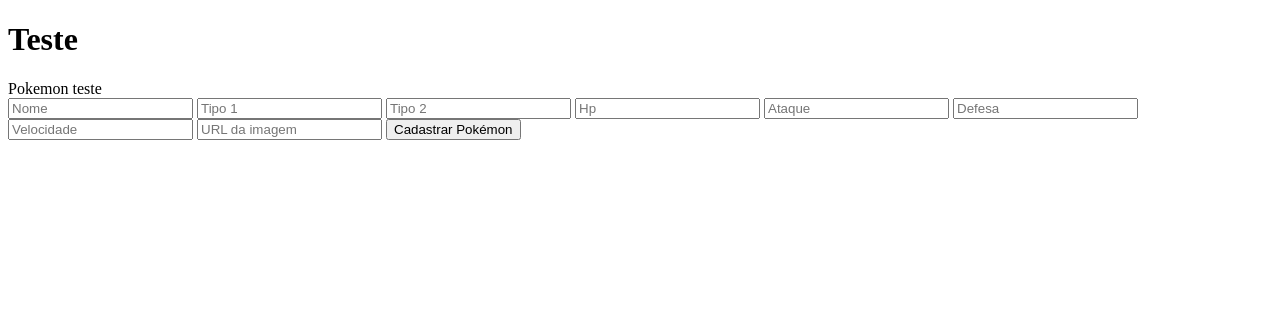
Repository: arthurSchgg/pokedex
Page: front-end/index.html
These files come from the project's save history. The page is drawn as it stood at one moment and after the next save; the edit follows.
The browser window is 1280 px wide. The pictures show the whole page.
The page's requests for data from a server got no answer.

Above is the page before, as saved 2026-10-01 15:56:18.
Console error: TypeError: Cannot read properties of null (reading 'addEventListener')

### front-end/index.html
<!DOCTYPE html>
<html lang="pt-br">

<head>
    <meta charset="UTF-8">
    <meta name="viewport" content="width=device-width, initial-scale=1.0">
    <link rel="stylesheet" href="style.css">
    <title>Pokédex</title>
</head>

<body>

    <h1>Teste</h1>

    <div id="container-pokemon">Pokemon teste</div>

    <form id="pokemon-form">
        <input id="nome" type="text" placeholder="Nome" required>

        <input id="tipo1" type="text" placeholder="Tipo 1" required>

        <input id="tipo2" type="text" placeholder="Tipo 2">

        <input id="hp" type="number" placeholder="Hp" required>

        <input id="ataque" type="number" placeholder="Ataque" required>

        <input id="defesa" type="number" placeholder="Defesa" required>

        <input id="velocidade" type="number" placeholder="Velocidade" required>

        <input id="imagem_url" type="text" placeholder="URL da imagem" required>

        <button type="submit">Cadastrar Pokémon</button>

    </form>

    <script src="script.js"></script>
</body>

</html>

### front-end/script.js
const API_URL = "http://localhost:8181/v1/pokedex";

//Lista os pokemons
async function carregarPokemon() {
    try {
        const resposta = await fetch(`${API_URL}/listar`);

        if (!resposta.ok) {
            throw new Error(`Erro no servidor: ${resposta.status}`);
        }

        const pokemons = await resposta.json();

        console.log("Pokémons carregados:", pokemons);

        const container = document.getElementById("container-pokemon");

        pokemons.forEach(pokemon => {

            const card = document.createElement("div");

            card.innerHTML = `
                <h2>${pokemon.nome}</h2>

                <img src="${pokemon.imagemUrl}" alt="${pokemon.nome}">

                <p>ID: ${pokemon.id}</p>

                <p>Tipo: ${pokemon.tipo1}</p>

                <p>HP: ${pokemon.hp}</p>

                <p>Ataque: ${pokemon.ataque}</p>

                <p>Defesa: ${pokemon.defesa}</p>

                <p>Velocidade: ${pokemon.velocidade}</p>

            `;

            container.appendChild(card);
        });

    } catch (erro) {
        console.error("Erro ao buscar pokémons na linha do fetch:", erro);
    }
}

carregarPokemon();


//Cadastra um novo pokémon
const formulario = document.getElementById("pokemon-form");

formulario.addEventListener("submit", async (event) => {

    event.preventDefault();

    const pokemon = {

        nome: document.getElementById("nome").value,

        tipo1: document.getElementById("tipo1").value,

        tipo2: document.getElementById("tipo2").value,

        hp: Number(document.getElementById("hp").value),

        ataque: Number(document.getElementById("ataque").value),

        defesa: Number(document.getElementById("defesa").value),

        velocidade: Number(document.getElementById("velocidade").value),

        imagemUrl: document.getElementById("imagem_url").value
    }

    try {
        const resposta = await fetch(
            "http://localhost:8181/v1/pokedex/cadastrar",
            {
                method: "POST",

                headers: {
                    "Content-Type": "application/json"
                },

                body: JSON.stringify(pokemon)
            }
        );

        if(!resposta.ok){
            throw new Error("Erro ao cadastrar Pokémon");
        }

        const pokemonCadastrado = await resposta.json();

        console.log("Pokémon cadastrado: " + pokemonCadastrado);

        alert("Pokémon cadastrado com sucesso!");

        formulario.reset();
    } catch (erro){
        console.error("Erro: " , erro);

        alert("Não foi possível cadastrar o Pokémon.")
    }
});

//Busca um pokémon pelo seu ID

const botaoBuscar = document.getElementById("buscar-pokemon");

botaoBuscar.addEventListener("click", async () => {

    const id = document.getElementById("id").value;

    if(!id){
        alert("Digite um ID.");
        return;
    }

    try {
        const resposta = await fetch(`${API_URL}/${id}`);

        if(!resposta.ok){
            throw new Error(`Pokémon não encontrado. Status: ${resposta.status}`);
        }

        const pokemon = await resposta.json();

        console.log("Pokémon encontrado: ", pokemon);

        const container = document.getElementById("pokemon-buscado");

        container.innerHTML = `
            <div class="card-pokemon">

                <h2>${pokemon.nome}</h2>

                <img
                    src="${pokemon.imagemUrl}"
                    alt="${pokemon.nome}"
                >

                <p>Tipo 1: ${pokemon.tipo1}</p>
                <p>Tipo 2: ${pokemon.tipo2 || "Nenhum"}</p>

                <p>HP: ${pokemon.hp}</p>
                <p>Ataque: ${pokemon.ataque}</p>
                <p>Defesa: ${pokemon.defesa}</p>
                <p>Velocidade: ${pokemon.velocidade}</p>

            </div>
        `;
    } catch(erro){
        console.error("Erro ao buscar o Pokémon: ", erro);

        alert("Pokémon não encontrado");
    }

});

Loaded but not shown: front-end/style.css (no stored copy; drawn as an empty file)

After the next save:
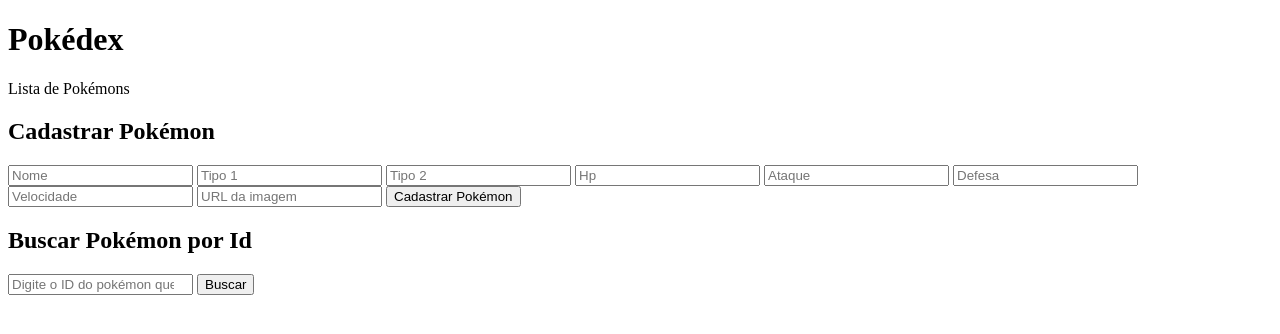
The error is gone.
Saved 4 min 22 s later.
--- a/front-end/index.html
+++ b/front-end/index.html
@@ -10,11 +10,14 @@
 
 <body>
 
-    <h1>Teste</h1>
+    <h1>Pokédex</h1>
 
-    <div id="container-pokemon">Pokemon teste</div>
+    <div id="container-pokemon">Lista de Pokémons</div>
 
     <form id="pokemon-form">
+
+        <h2>Cadastrar Pokémon</h2>
+
         <input id="nome" type="text" placeholder="Nome" required>
 
         <input id="tipo1" type="text" placeholder="Tipo 1" required>
@@ -35,6 +38,21 @@
 
     </form>
 
+
+    <div>
+        <h2>Buscar Pokémon por Id</h2>
+
+        <input
+            type="number"
+            id="id"
+            placeholder="Digite o ID do pokémon que deseja buscar"
+        >
+
+        <button id="buscar-pokemon">Buscar</button>
+    </div>
+
+    <div id="pokemon-buscado"></div>
+
     <script src="script.js"></script>
 </body>
 
